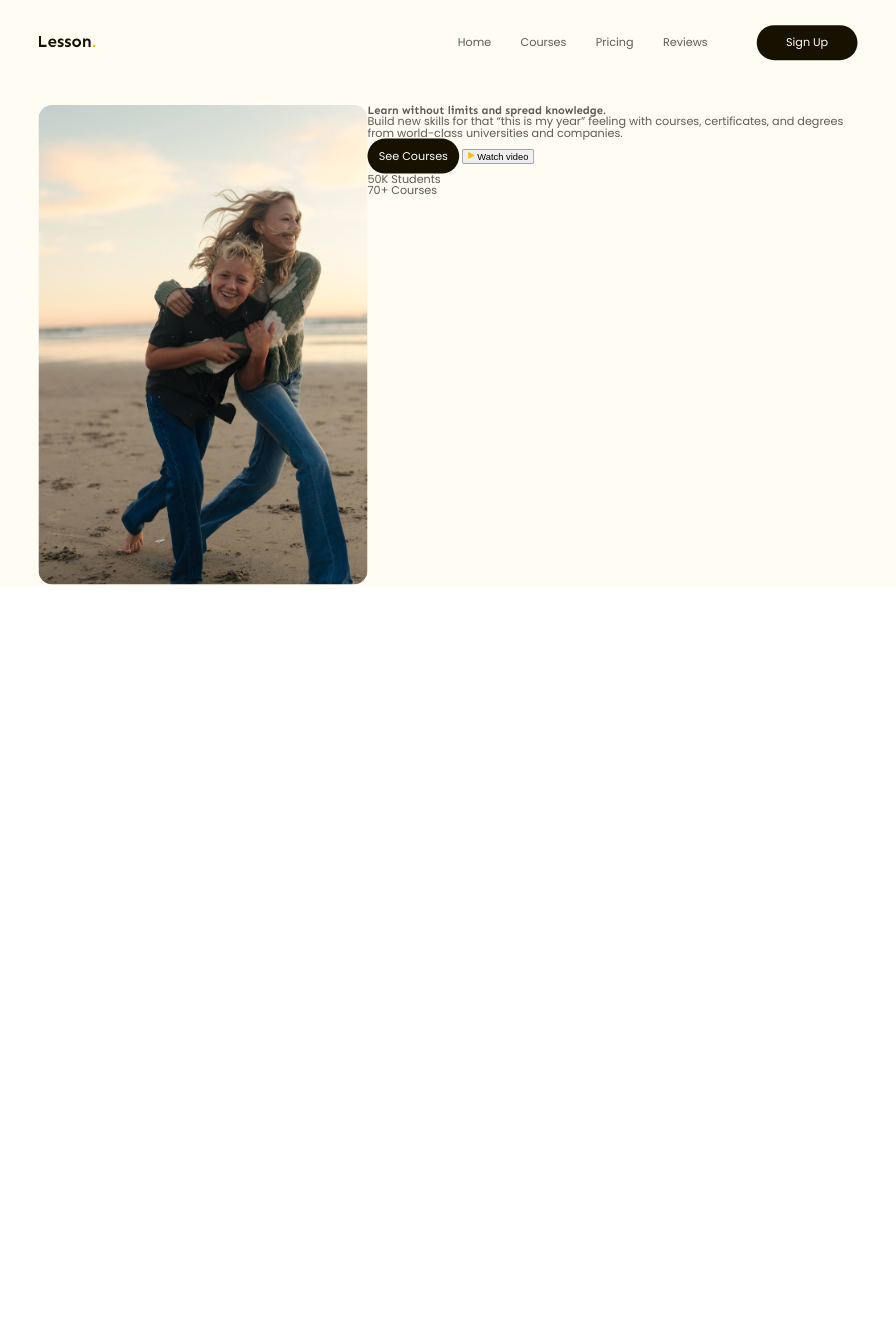
Repository: tinhtranjp/htmlcss-01
Page: index.html
The author's editor kept a copy of each file at every save. The page is drawn from the files as they stood at one save, then again after a run of saves.
The browser window is 1280 px wide. The pictures show the part of the page from y = 0 to 1920 px (the page is 5000 px tall), at 70% of full size.

Above is the page before, as saved 2023-01-20 05:07:48.

After the next 2 saves:
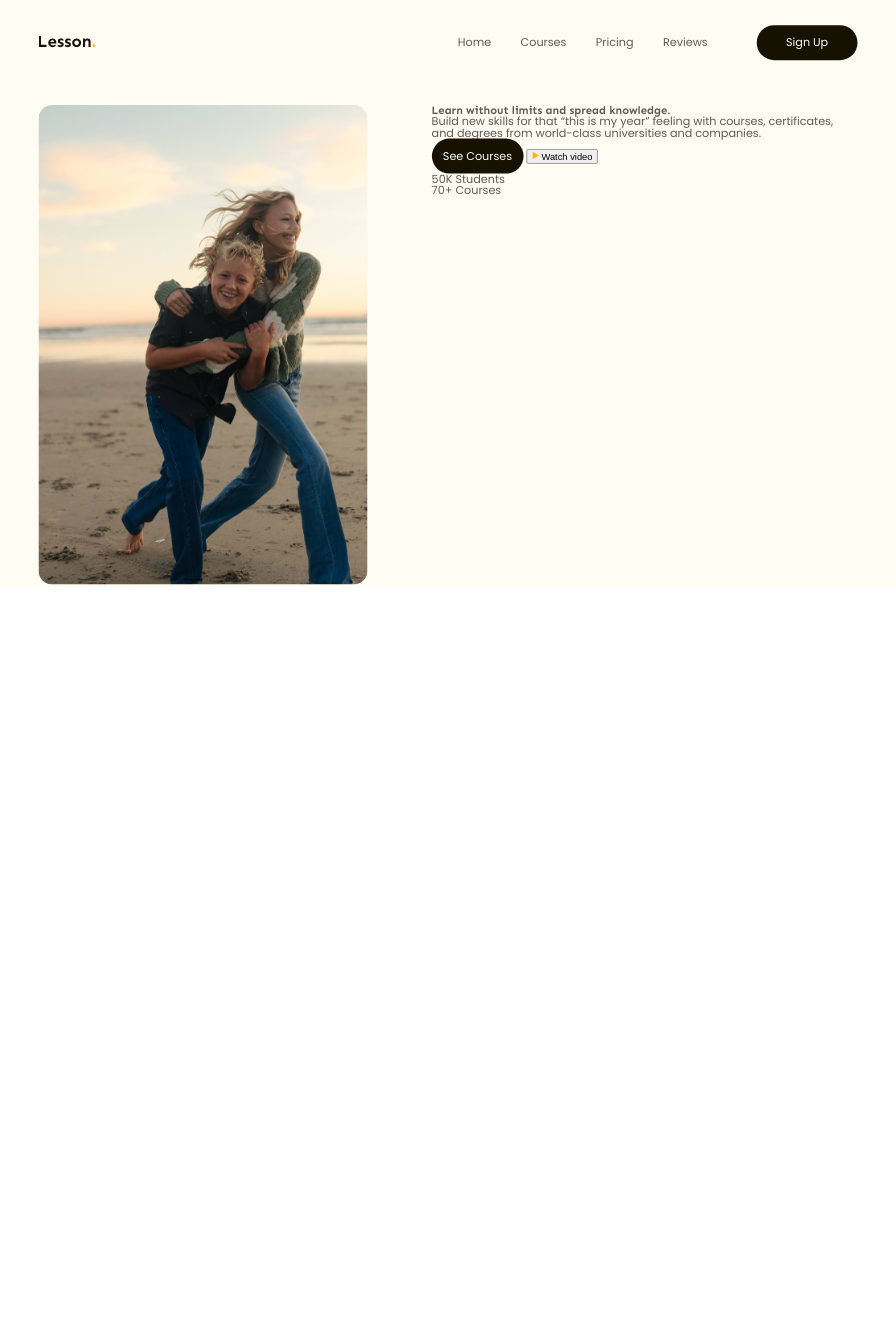
The 2 saves are shown as one change because they came seconds apart.
The last was saved 41 s later.
--- a/assets/css/styles.css
+++ b/assets/css/styles.css
@@ -87,3 +87,7 @@
   object-fit: cover;
   border-radius: 20px;
 }
+
+.hero .info {
+  width: 52%;
+}
